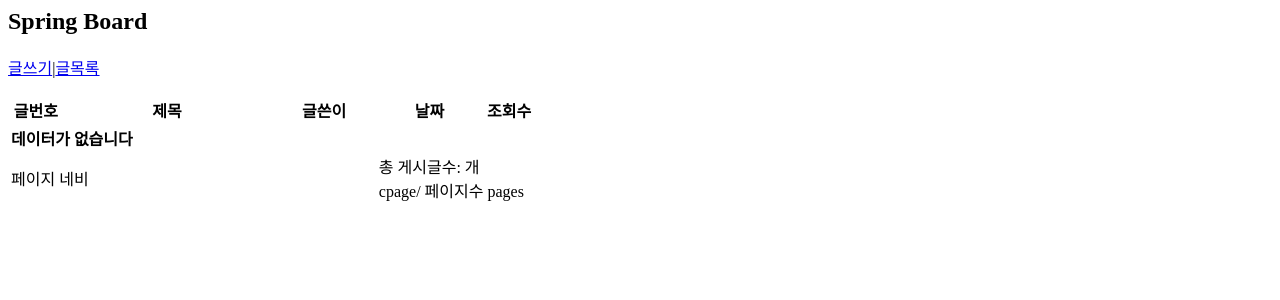
Repository: Jayking0215/myjava
Page: http://localhost/SpringWeb/WEB-INF/views/board/boardList.jsp
These files come from the project's save history. The page is drawn as it stood at one moment and after a run of saves; the edit follows.
The browser window is 1280 px wide. The pictures show the whole page.
The page is served by Tomcat 9. Nobody is signed in. The template is opened directly, without the code that normally fills it, so the values that code supplies are empty.

Above is the page before, as saved 2023-05-12 07:19:47.

After the next 2 saves:
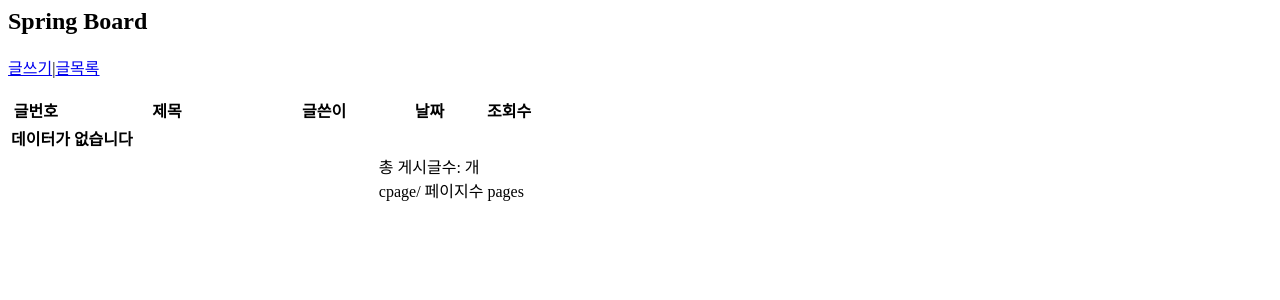
The 2 saves are shown as one change because they came seconds apart.
The last was saved 20 min 16 s later.
--- a/SpringWorkspace/SpringWeb/src/main/webapp/WEB-INF/views/board/boardList.jsp
+++ b/SpringWorkspace/SpringWeb/src/main/webapp/WEB-INF/views/board/boardList.jsp
@@ -78,7 +78,7 @@
 			</tbody>
 			<tfoot>
 				<tr>
-					<td colspan="3">페이지 네비</td>
+					<td colspan="3" class="text-center"></td>
 					<td colspan="2">
 						총 게시글수: <span class="text-primary">${totalCount} 개</span><br>
 						<span class="text-danger">cpage</span>/ 페이지수 pages
